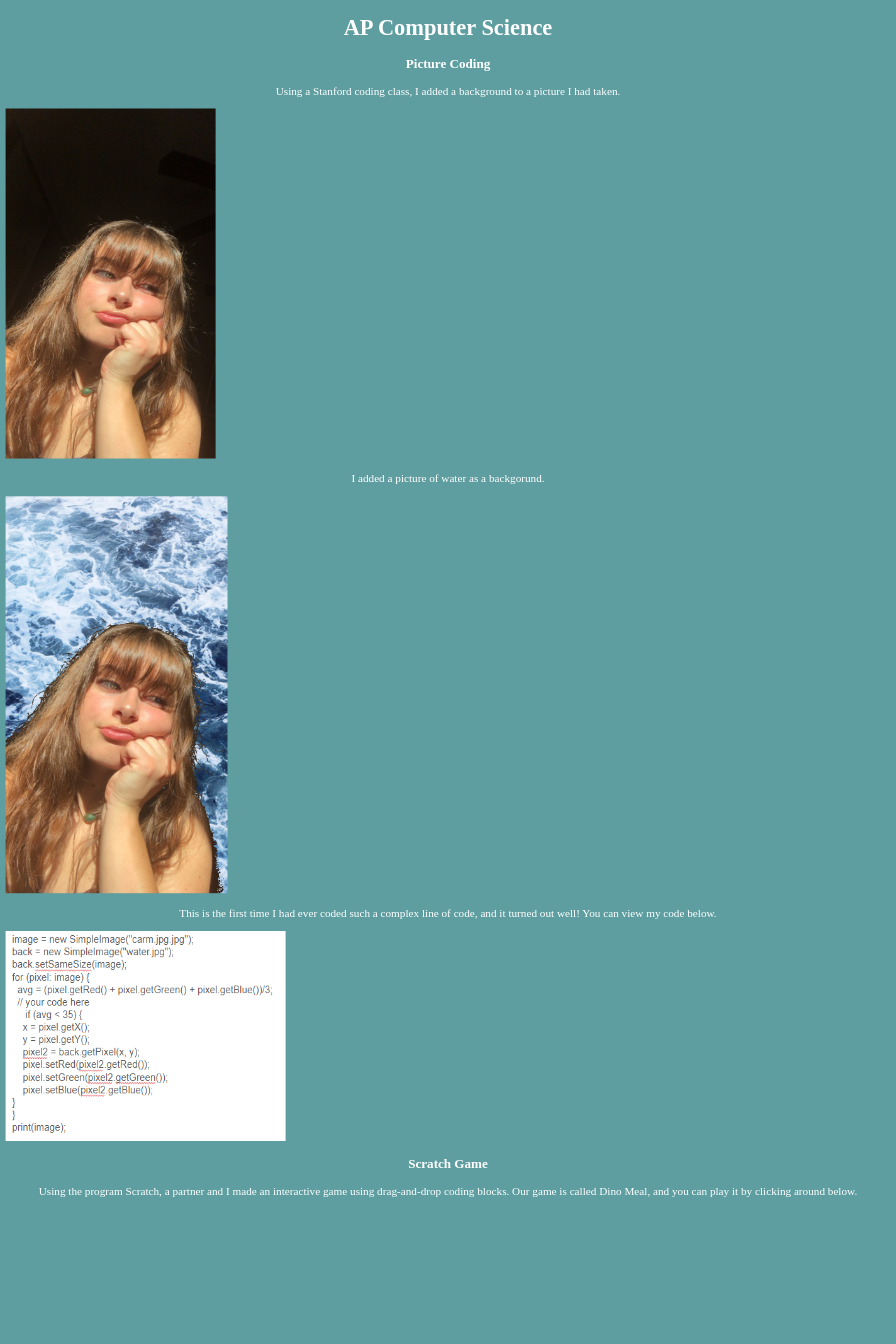
Repository: cdzendzel/cdzendzel.github.io
Page: apcs.html
The author's editor kept a record of every edit. The page is drawn from the files as they stood at one moment, then again after the next edit.
The browser window is 1280 px wide. The pictures show the part of the page from y = 0 to 1920 px (the page is 2805 px tall before and 2907 px after), at 70% of full size.
Pictures or frames that could not be fetched are drawn as grey boxes.

Above is the page before.

After the next edit:
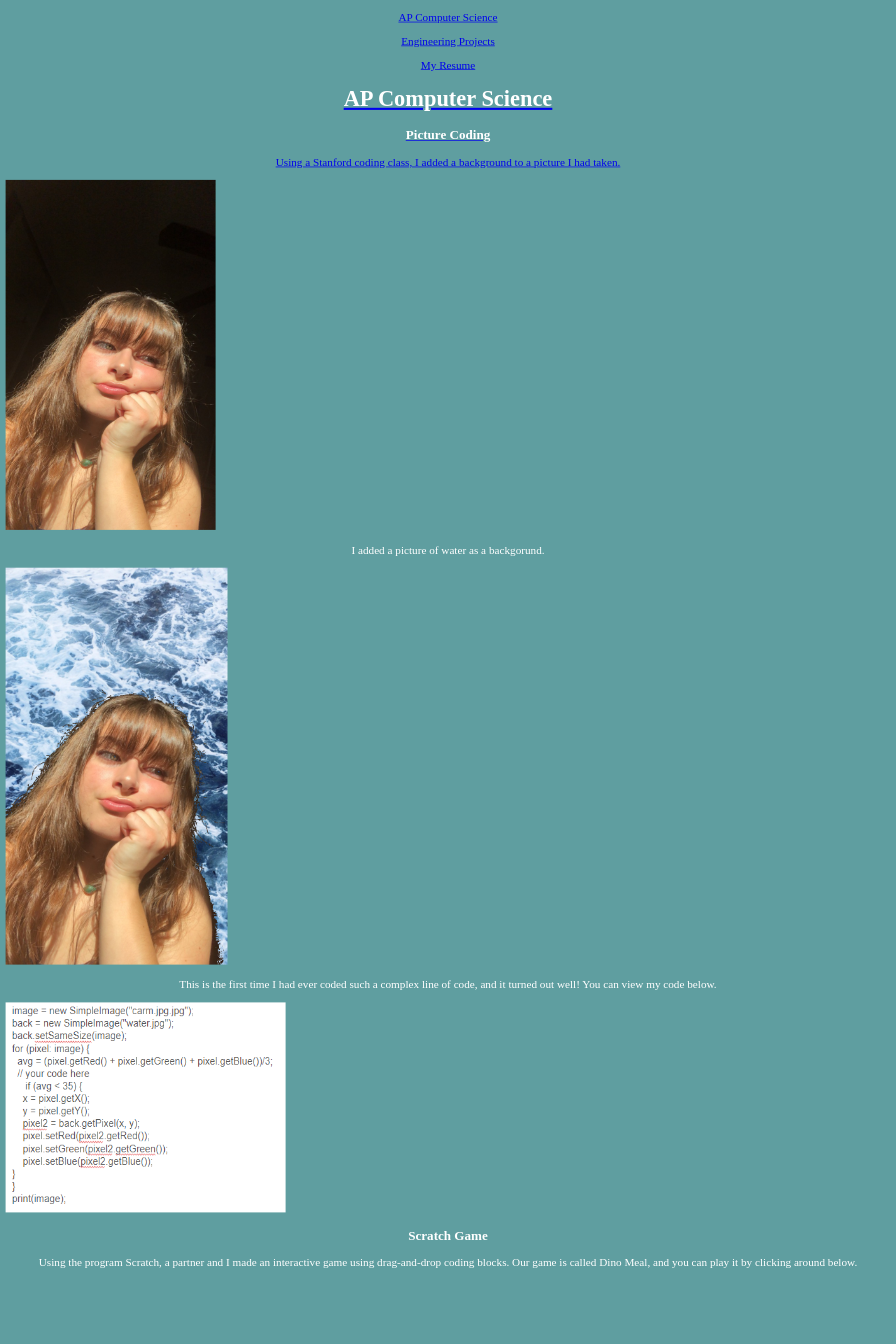
The edit:
--- a/apcs.html
+++ b/apcs.html
@@ -7,6 +7,9 @@
 <title>Carmela's Webpage</title>
 </head>
 <body>
+<p style="text-align:center; color:white;"><a href="apcs.html" target = "_blank">AP Computer Science</a></p>
+<p style="text-align:center; color:white;"><a href="engineering.html" target = "_blank">Engineering Projects</p>
+<p style="text-align:center; color:white;"><a href="resume.html" target = "_blank">My Resume</p>
 
 <h1 style="text-align:center; color:white;">AP Computer Science</h1>
 <h3 style="text-align:center; color:white;">Picture Coding</h3>
